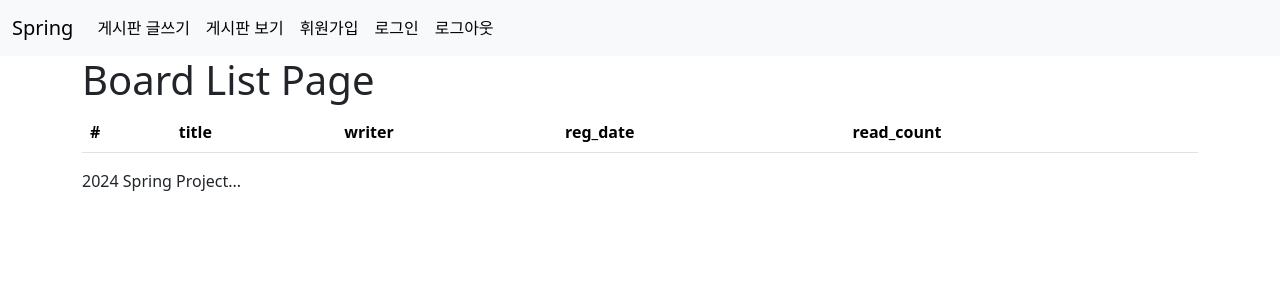
Repository: dlfhrrl12/springtest
Page: http://localhost/spring_study/WEB-INF/views/board/list.jsp
These files come from the project's save history. The page is drawn as it stood at one moment and after the next save; the edit follows.
The browser window is 1280 px wide. The pictures show the whole page.
The page is served by Tomcat 9. Nobody is signed in. The template is opened directly, without the code that normally fills it, so the values that code supplies are empty.

Above is the page before, as saved 2024-04-24 08:08:29.

After the next save:
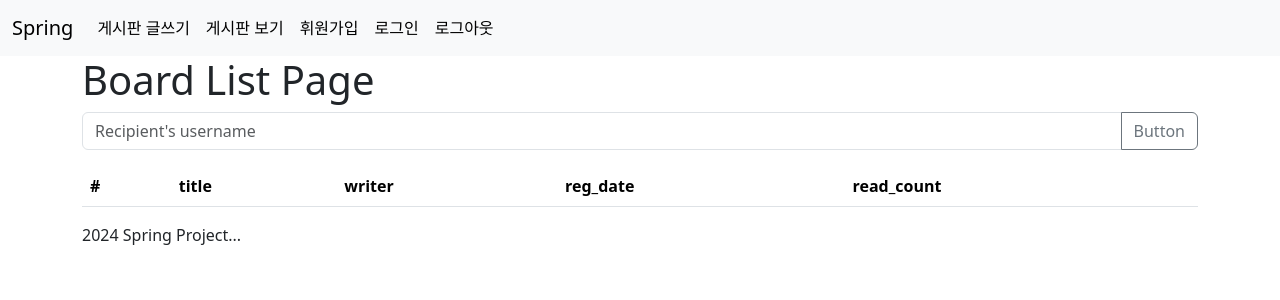
Saved 4 min 8 s later.
--- a/spring_study/src/main/webapp/WEB-INF/views/board/list.jsp
+++ b/spring_study/src/main/webapp/WEB-INF/views/board/list.jsp
@@ -5,7 +5,13 @@
 <jsp:include page="../layout/header.jsp"/>
 
 <div class="container-md">
-<h1>Board List Page</h1>
+	<h1>Board List Page</h1>
+	<form action="">
+		<div class="input-group mb-3">
+		  <input type="text" class="form-control" placeholder="Recipient's username" aria-label="Recipient's username" aria-describedby="button-addon2">
+		  <button class="btn btn-outline-secondary" type="button" id="button-addon2">Button</button>
+		</div>
+	</form>
 	<table class="table table-striped">
 		<thead>
 			<tr>
